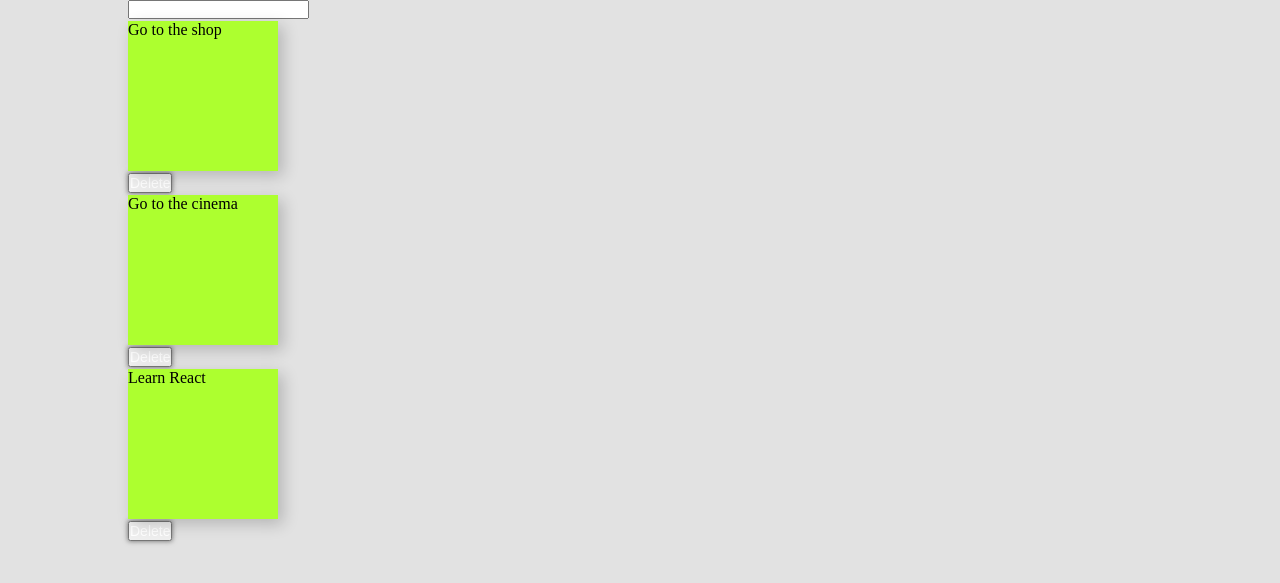
Repository: AlSemyon/13_animation
Page: /
These files come from the project's save history. The page is drawn as it stood at one moment and after the next save; the edit follows.
The browser window is 1280 px wide. The pictures show the whole page.
The project was rebuilt for these pictures with package versions that can differ from the ones it lists, and the page was loaded fresh each time.

Above is the page before, as saved 2018-12-05 20:58:46.

### public/index.html
<!DOCTYPE html>
<html lang="en">
  <head>
    <meta charset="utf-8">
    <link rel="shortcut icon" href="%PUBLIC_URL%/favicon.ico">
    <meta name="viewport" content="width=device-width, initial-scale=1, shrink-to-fit=no">
    <meta name="theme-color" content="#000000">
    <!--
      manifest.json provides metadata used when your web app is added to the
      homescreen on Android. See https://developers.google.com/web/fundamentals/web-app-manifest/
    -->
    <link rel="manifest" href="%PUBLIC_URL%/manifest.json">
    <!--
      Notice the use of %PUBLIC_URL% in the tags above.
      It will be replaced with the URL of the `public` folder during the build.
      Only files inside the `public` folder can be referenced from the HTML.

      Unlike "/favicon.ico" or "favicon.ico", "%PUBLIC_URL%/favicon.ico" will
      work correctly both with client-side routing and a non-root public URL.
      Learn how to configure a non-root public URL by running `npm run build`.
    -->
    <title>React App</title>
  </head>
  <body>
    <noscript>
      You need to enable JavaScript to run this app.
    </noscript>

    <div id="root"></div>
    <!--
      This HTML file is a template.
      If you open it directly in the browser, you will see an empty page.

      You can add webfonts, meta tags, or analytics to this file.
      The build step will place the bundled scripts into the <body> tag.

      To begin the development, run `npm start` or `yarn start`.
      To create a production bundle, use `npm run build` or `yarn build`.
    -->
  </body>
</html>

### src/index.css
@import url(http://fonts.googleapis.com/css?family=Shadows+Into+Light);

* {
    margin: 0;
    padding: 0;
    box-sizing: border-box;
}
body {
    background: #e2e2e2;
}


.container {
    max-width: 80%;
    margin: auto;
    min-height: 100vh;

}

.grid{
    display: grid;
    grid-gap: 15px;
    grid-template-columns: repeat(auto-fill, minmax(150px, 1fr))
}

.note {
    height: 150px;
    width: 150px;
    background-color: greenyellow;
    margin: 2px 0;
    position: relative;
    cursor: -webkit-grab;
    box-shadow: 5px 5px 15px 0 rgba(0, 0, 0, .2);
}

.note:active {
    cursor: -webkit-grabbing;
}

.note p {
    font-size: 22px;
    text-align: center;
    padding: 5px;
    font-family: "Shadows Into Light", Arial;
}

.note:hover > span {
    opacity: 1;
}

.note > span {
    position: absolute;
    bottom: 2px;
    right: 2px;
    opacity: 0;
    transition: opacity .25s linear;
}

.note button {
    margin: 2px;
}

.note form {
    text-align: center;
    height: 100%;
}

.note  textarea {
    width: 95%;
    max-width: 100%;
    margin-top: 1rem;
    height: 50%;
    background: rgba(255, 255, 255, .5);
    resize: none;
}

.container button {
  color: #fff;
  font-size: 14px;
  box-shadow: 0px 0px 5px 0px rgba(0, 0, 0, 0.55);
}

.add {
  margin-top: 3rem;
  background-color: #5cb85c;
  height: 3rem;
  min-width: 3rem;
}

.edit {
  background-color: #337ab7;
}

.save {
  background-color: #5cb85c;
}

.remove {
  background-color: #d9534f;
}

### src/components/App.js
import React, {Component} from 'react';
import notes from '../notes'
import Note from './Note'
import './style.css'
import Form from './Form';
import { TransitionGroup } from 'react-transition-group'

class App extends Component {s
    state = {notes: []};

    componentDidMount() {
        this.setState({notes})
    }

    addNote = (note) => this.setState({
        notes: [...this.state.notes, note]
    })

    removeNote = id => this.setState(({notes}) => ({
        notes: notes.filter(note => note.id !== id)
    }))

    eachNote = (note) =>
        <Note key={note.id} note={note} removeNote={() => this.removeNote(note.id)}/>

    render() {
        return (
            <div className="container">
            <Form addNote={this.addNote}/>
                    <TransitionGroup
                        component="section"
                        transitionName="slide"
                        transitionEnterTimeout={500}
                        transitionLeaveTimeout={500}
                        className="list-notes">
                        <section>
                            {this.state.notes.map(this.eachNote)}
                        </section>
                    </TransitionGroup>
            </div>
        )
    }
}

export default App;

### src/notes.json
[
    {
       "id": 1,
       "text": "Go to the shop"
   },
   {
     "id": 2,
     "text": "Go to the cinema"
   },
   {
     "id": 3,
     "text": "Learn React"
   }
]

### src/components/Note.js
import React, {Component} from 'react';


class Note extends Component {
    render() {
        const {note} = this.props;
        return(
            <div>
                <div className="note">{note.text}</div>
                <div className="button">
                    <button className="btn btn-danger" onClick={this.props.removeNote}>Delete</button>
                </div>
            </div>
        )
    }
}

export default Note;

### src/components/style.css
@import url(http://fonts.googleapis.com/css?family=Shadows+Into+Light);

* {
    margin: 0;
    padding: 0;
    box-sizing: border-box;
}
body {
    background: #e2e2e2;
}


.container {
    max-width: 80%;
    margin: auto;
    min-height: 100vh;

}

.grid{
    display: grid;
    grid-gap: 15px;
    grid-template-columns: repeat(auto-fill, minmax(150px, 1fr))
}

.note {
    height: 150px;
    width: 150px;
    background-color: greenyellow;
    margin: 2px 0;
    position: relative;
    cursor: -webkit-grab;
    box-shadow: 5px 5px 15px 0 rgba(0, 0, 0, .2);
}

.note:active {
    cursor: -webkit-grabbing;
}

.note p {
    font-size: 22px;
    text-align: center;
    padding: 5px;
    font-family: "Shadows Into Light", Arial;
}

.note:hover > span {
    opacity: 1;
}

.note > span {
    position: absolute;
    bottom: 2px;
    right: 2px;
    opacity: 0;
    transition: opacity .25s linear;
}

.note button {
    margin: 2px;
}

.note form {
    text-align: center;
    height: 100%;
}

.note  textarea {
    width: 95%;
    max-width: 100%;
    margin-top: 1rem;
    height: 50%;
    background: rgba(255, 255, 255, .5);
    resize: none;
}

.container button {
  color: #fff;
  font-size: 14px;
  box-shadow: 0px 0px 5px 0px rgba(0, 0, 0, 0.55);
}

.add {
  margin-top: 3rem;
  background-color: #5cb85c;
  height: 3rem;
  min-width: 3rem;
}

.edit {
  background-color: #337ab7;
}

.save {
  background-color: #5cb85c;
}

.remove {
  background-color: #d9534f;
}

.slide-enter {
    transform: translateX(-100%)
}

.slide-enter.slide-enter-active {
    transform: translateX(0);
    transition: transform .5s ease-out;
}

### src/components/Form.js
import React, {Component} from 'react';
import {generate as id} from "shortid"

class Form extends Component {

    state = {
        text: ''
    }

    handleChange = ({target}) => this.setState({text: target.value});

    handleSubmit = e => {
        e.preventDefault();
        if (!this.state.text.length) {
            console.log('empty string');
            return;
        }

        this.props.addNote({id: id(), text: this.state.text});
        this.setState({text: ''})
    }

    render() {
        return(
            <div className="form-group">
                <form onSubmit={this.handleSubmit}>
                    <input type="text"
                           className="form-control"
                           onChange={this.handleChange}
                           value={this.state.text}/>
                </form>
            </div>
        )
    }
}

export default Form;

Loaded but not shown: src/index.js (common file)

After the next save:
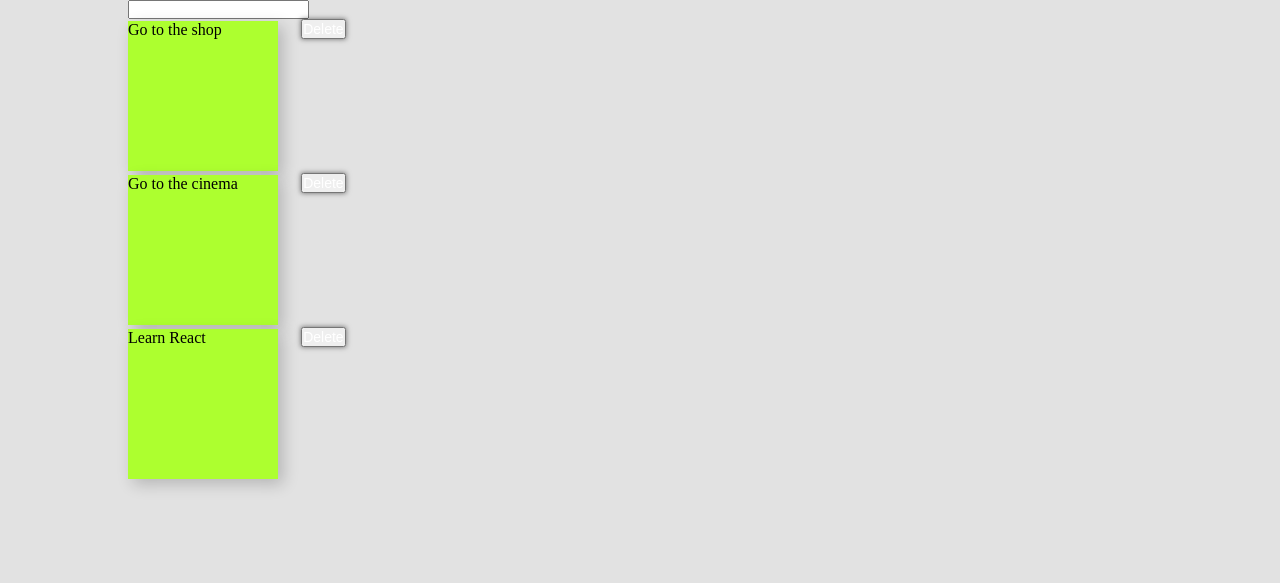
Saved 15 s later.
--- a/src/components/Note.js
+++ b/src/components/Note.js
@@ -5,7 +5,7 @@ class Note extends Component {
     render() {
         const {note} = this.props;
         return(
-            <div>
+            <div className="grid">
                 <div className="note">{note.text}</div>
                 <div className="button">
                     <button className="btn btn-danger" onClick={this.props.removeNote}>Delete</button>
